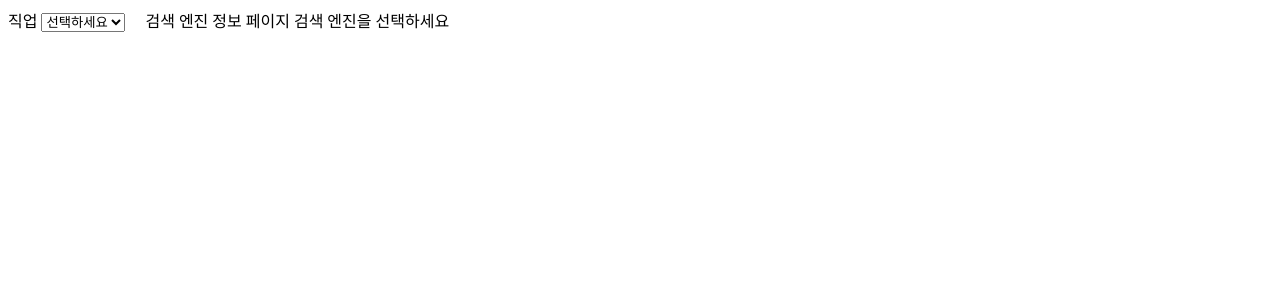
Repository: hii9505/DB_engineering_education
Page: http://localhost/Web_Study_04/transfer.jsp
The author's editor kept a copy of each file at every save. The page is drawn from the files as they stood at one save, then again after the next save.
The browser window is 1280 px wide. The pictures show the whole page.
The page is served by Tomcat 9.

Above is the page before, as saved 2021-05-21 08:29:13.

After the next save:
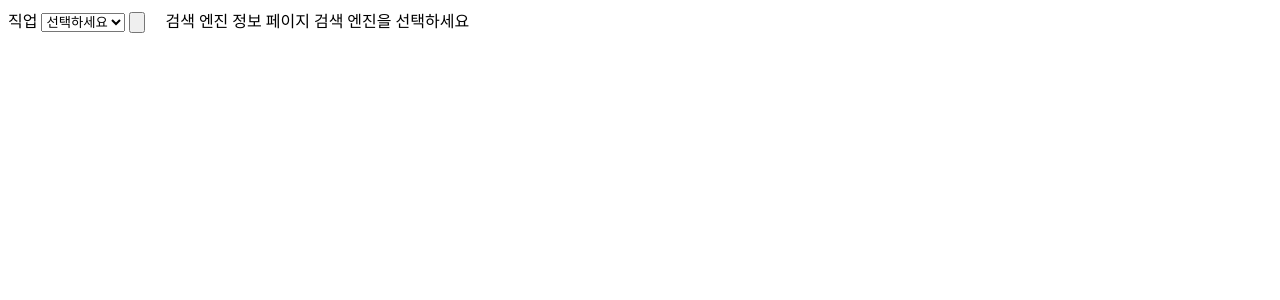
Saved 3 min 54 s later.
--- a/eclipse-workspace/Web_Study_04/src/main/webapp/transfer.jsp
+++ b/eclipse-workspace/Web_Study_04/src/main/webapp/transfer.jsp
@@ -18,6 +18,7 @@
 				<option value="언론">구글</option>
 				<option value="공무원">카카오</option>
 			</select>
+			<input type="button"></input>
 
 </body>
 </html>
